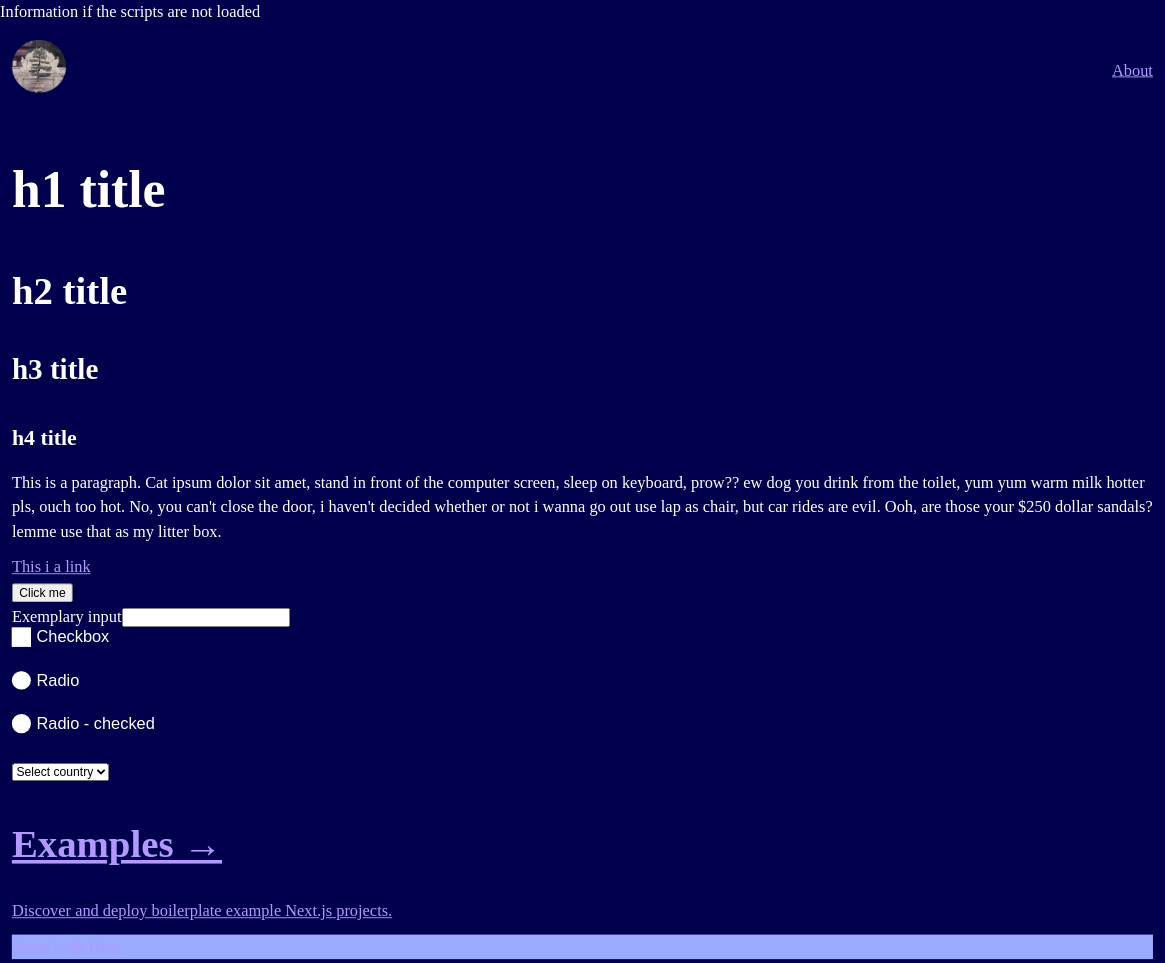
Repository: magiai/scent-app
Page: /
The author's editor kept a copy of each file at every save. The page is drawn from the files as they stood at one save, then again after the next save.
The browser window is 1280 px wide. The pictures show the whole page, at 91% of full size.
The project was rebuilt for these pictures with package versions that can differ from the ones it lists, and the page was loaded fresh each time. The framework's server and built-in components were replaced by stand-ins that run in the browser.

Above is the page before, as saved 2022-05-25 15:02:52.

After the next save:
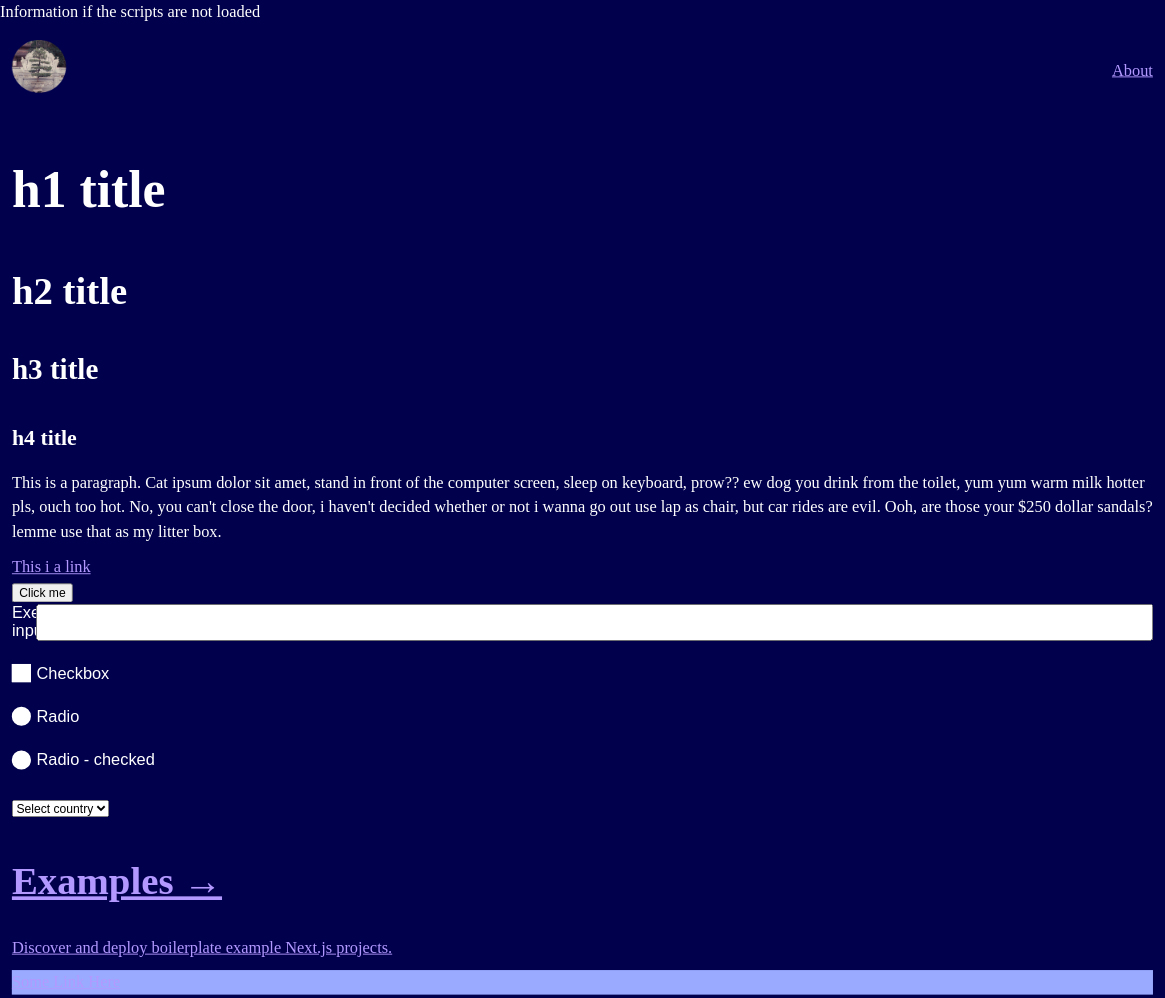
Saved 4 min 59 s later.
--- a/pages/index.tsx
+++ b/pages/index.tsx
@@ -24,7 +24,7 @@
         <br />
 
         <form>
-            <label>
+            <label className="form-control">
                 Exemplary input
                 <input id="input-exemple" type="text"/>
             </label>

After the save that followed:
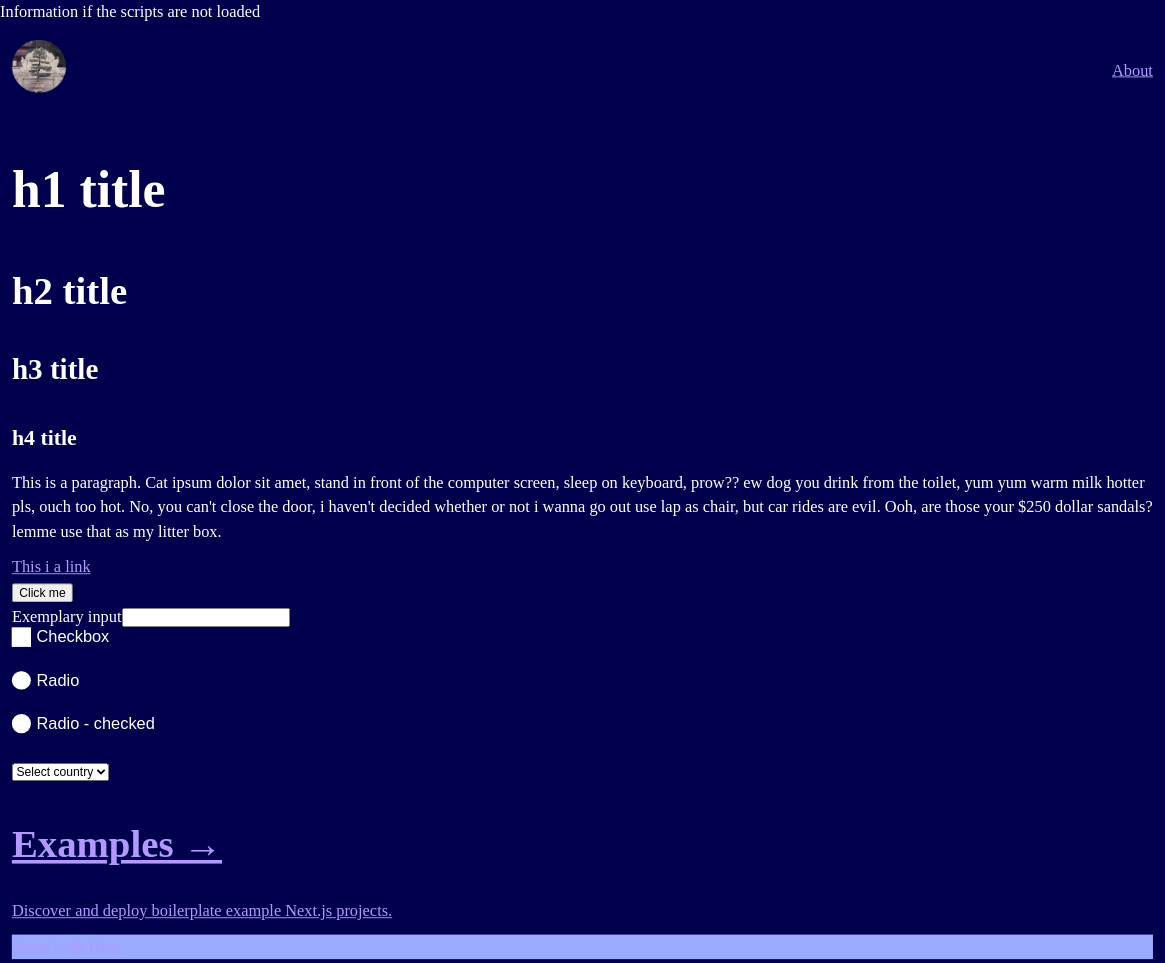
Saved 14 s later.
--- a/pages/index.tsx
+++ b/pages/index.tsx
@@ -24,7 +24,7 @@
         <br />
 
         <form>
-            <label className="form-control">
+            <label>
                 Exemplary input
                 <input id="input-exemple" type="text"/>
             </label>
